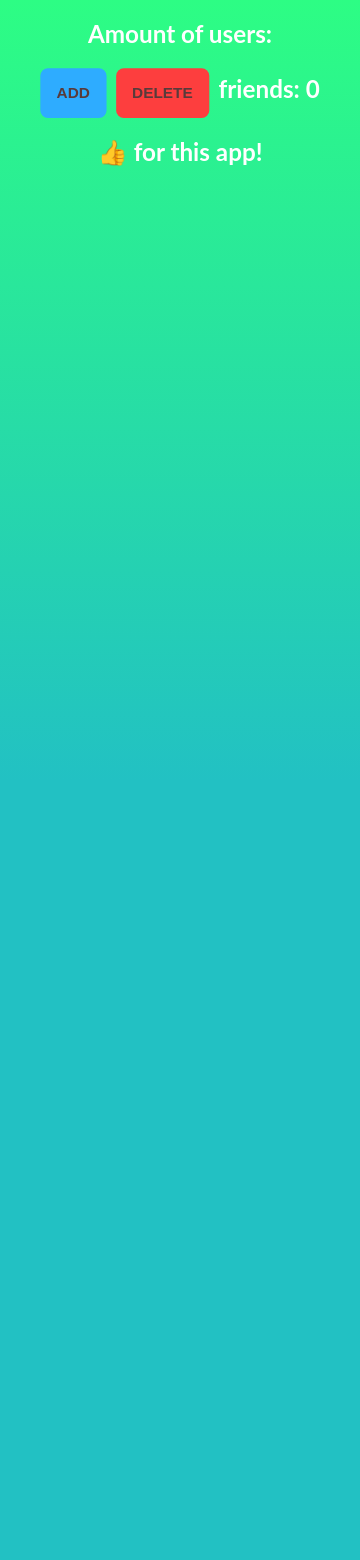
Repository: marcinszymaszek/facelook
Page: /
These files come from the project's save history. The page is drawn as it stood at one moment and after the next save; the edit follows.
The browser window is 375 px wide. The pictures show the whole page, at 96% of full size.
The page's requests for data from a server got no answer. The project was rebuilt for these pictures with package versions that can differ from the ones it lists, and the page was loaded fresh each time. No one was signed in, and anything a server would have sent is missing.

Above is the page before, as saved 2020-01-13 19:16:48.

### src/index.js
import React from 'react';
import ReactDOM from 'react-dom';
import './index.css';
import App from '../src/components/main/App';
import * as serviceWorker from './serviceWorker';

ReactDOM.render(<App />, document.getElementById('root'));

// If you want your app to work offline and load faster, you can change
// unregister() to register() below. Note this comes with some pitfalls.
// Learn more about service workers: https://bit.ly/CRA-PWA
serviceWorker.unregister();

### src/components/main/App.js
import React, { useState, useEffect } from 'react';
import Users from '../users/Users'
import MainInfo from '../information/MainInfo'
import axios from 'axios';

const App = () => {
  const [data, setData] = useState({ data: [] });

  useEffect(() => {

    //fetch via axios
    const fetchData = async () => {
      const result = await axios('https://reqres.in/api/users?page=2');
      setData(result.data);
    }
    fetchData();

    //   //fetch via fetch() method
    //   const fetchData = async () => {
    //     const response = await fetch('https://reqres.in/api/users?page=2');
    //     let data = await response.json()
    //     setData(data);
    //   }
    //     fetchData();

  }, []);

  const usersAmount = data.per_page;

  const allUsers = data.data.map(user => {
    return <>
      <p className="basic-info-article">
        <img src={user.avatar} alt='avatar' /><br />
        User name: <strong>{user.first_name}</strong>
      </p>
      <br />
    </>
  }
  );

  return (
    <>
      <div>
        <MainInfo usersAmount={usersAmount} />
        <Users allUsers={allUsers} />
      </div>
    </>
  )
}

export default App;

### src/components/users/Users.js
import React from 'react';
import './Users.css'

const Users = ({ allUsers }) => {

  return (
    <div className="info-container">
      <div>
        {allUsers}
      </div>
    </div>
  )

}

export default Users;

### src/components/information/MainInfo.js
import React, { useState } from 'react';
import './MainInfo.css'

const MainInfo = ({ usersAmount }) => {
    const [friends, setFreinds] = useState(0);
    const [isLiked, setIsLiked] = useState(true);

    function toggle() {
        setIsLiked(!isLiked);
    }

    return (
        <div className="info-container">
            <h3>
                Amount of users: {usersAmount}
            </h3>
            <h3>
                <button className="btn-add" onClick={() => setFreinds(friends + 1)}>ADD</button>
                <button className="btn-delete" onClick={() => setFreinds(friends - 1)}>DELETE</button>
                friends: {friends}
            </h3>
            <h3 id="thumb-txt" onClick={toggle}>
                {isLiked ? <span className="thumb" role="img" aria-label="like">&#128077;</span> :
                    <span className="thumb" role="img" aria-label="like">&#128078;</span>} for this app!
            </h3 >
            <br /><br />
        </div >
    )
}

export default MainInfo;

//========= SoloLearn =======================================================

### src/components/users/Users.css
body{
    color: rgb(255, 255, 255);
    font-family: Lato, sans-serif;
    font-size: 1.5em;
    background: rgb(34,193,195);
    background: linear-gradient(0deg, rgba(34,193,195,1) 50%, rgba(45,253,132,1) 100%);
    background-repeat: no-repeat;
    height: 100rem;
}

.info-container{
    line-height: 20px;
    font-size: 1.3rem;
    text-align: center;
}

img{
    margin-bottom: 0.5rem;
}

@media screen and (max-width: 1028px){
        .info-container{
            font-size: 1em;
        }
    }

@media screen and (max-width: 480px){
        .info-container{
            font-size: 0.9em;
        }
    }

### src/components/information/MainInfo.css
.thumb{
    cursor: pointer;
}

.btn-add, .btn-delete {
    background-color: rgb(46, 172, 255);
    border: none;
    color: white;
    padding: 10px 20px;
    text-align: center;
    text-decoration: none;
    display: inline-block;
    font-size: 16px;
    cursor: pointer;
    outline: 0;
    border-radius: 0.5em;
    margin-right: 10px;
    font-weight: bold;
}

@media screen and (max-width: 480px){
    .btn-add, .btn-delete {
        padding: 17px 17px;
        color: rgb(88, 59, 59);
    }
}

.btn-add {
    background-color: rgb(46, 172, 255);
}

.btn-add:hover{
    background-color: rgb(30, 165, 255);
}

.btn-delete {
    background-color: rgb(253, 62, 62);
}

.btn-delete:hover {
    background-color:  rgb(255, 38, 38);
}

Loaded but not shown: public/index.html (common file); src/index.css (common file); src/serviceWorker.js (common file)

After the next save:
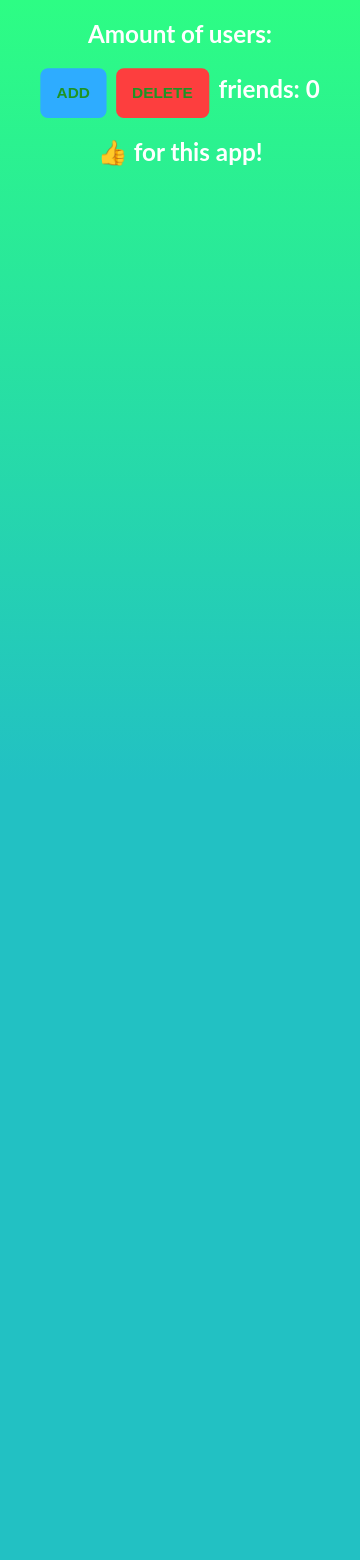
Saved 14 s later.
--- a/src/components/information/MainInfo.css
+++ b/src/components/information/MainInfo.css
@@ -21,7 +21,7 @@
 @media screen and (max-width: 480px){
     .btn-add, .btn-delete {
         padding: 17px 17px;
-        color: rgb(88, 59, 59);
+        color: rgb(30, 148, 37);
     }
 }
 
